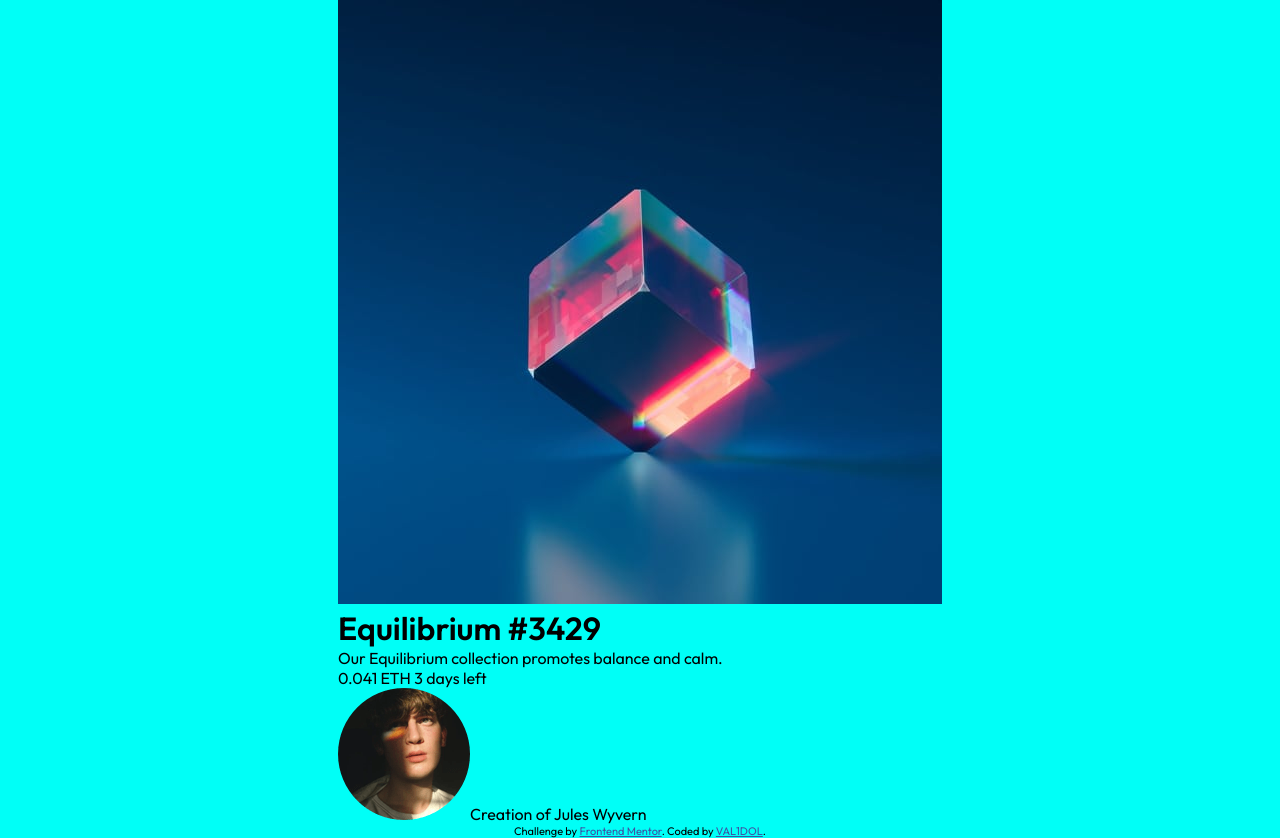
Repository: VAL1DOL-web/fm-NFT-preview-card-component
Page: index.html
These files come from the project's save history. The page is drawn as it stood at one moment and after the next save; the edit follows.
The browser window is 1280 px wide. The pictures show the whole page.

Above is the page before, as saved 2024-01-07 15:04:17.

### index.html
<!DOCTYPE html>
<html lang="en">
<head>
  <meta charset="UTF-8">
  <meta name="viewport" content="width=device-width, initial-scale=1.0"> <!-- displays site properly based on user's device -->

  <link rel="icon" type="image/png" sizes="32x32" href="./images/favicon-32x32.png">
  <link rel="stylesheet" href="style.css">

  <title>NFT preview card component</title>

  <!-- Feel free to remove these styles or customise in your own stylesheet 👍 -->
  <style>
    .attribution { font-size: 11px; text-align: center; }
    .attribution a { color: hsl(228, 45%, 44%); }
  </style>
</head>
<body>
  <div class="container">
    <div class="imgbox">
      <img src="images/image-equilibrium.jpg" alt="">
    </div>
    <div class="textbox">
      <h1>Equilibrium #3429</h1>
    <p>Our Equilibrium collection promotes balance and calm.</p>
    0.041 ETH
    3 days left
    </div>
    <p class="avatar">
      <img src="/images/image-avatar.png" alt="" />Creation of Jules Wyvern
    </p>
  </div>
  <div class="attribution">
    Challenge by <a href="https://www.frontendmentor.io?ref=challenge" target="_blank">Frontend Mentor</a>.
    Coded by <a href="https://github.com/VAL1DOL-web">VAL1DOL</a>.
  </div>
</body>
</html>

### style.css
@import url('https://fonts.googleapis.com/css2?family=Outfit:wght@300;400;600&display=swap');

* {
    font-family: 'Outfit', sans-serif;
    margin: 0;
    padding: 0;
    box-sizing: border-box;
  }

body {
    width: 100%;
    min-height: 100vh;
    display: flex;
    flex-direction: column;
    justify-content: center;
    align-items: center;
    background: hsl(178, 100%, 50%);
  }
  .container {

  }

After the next save:
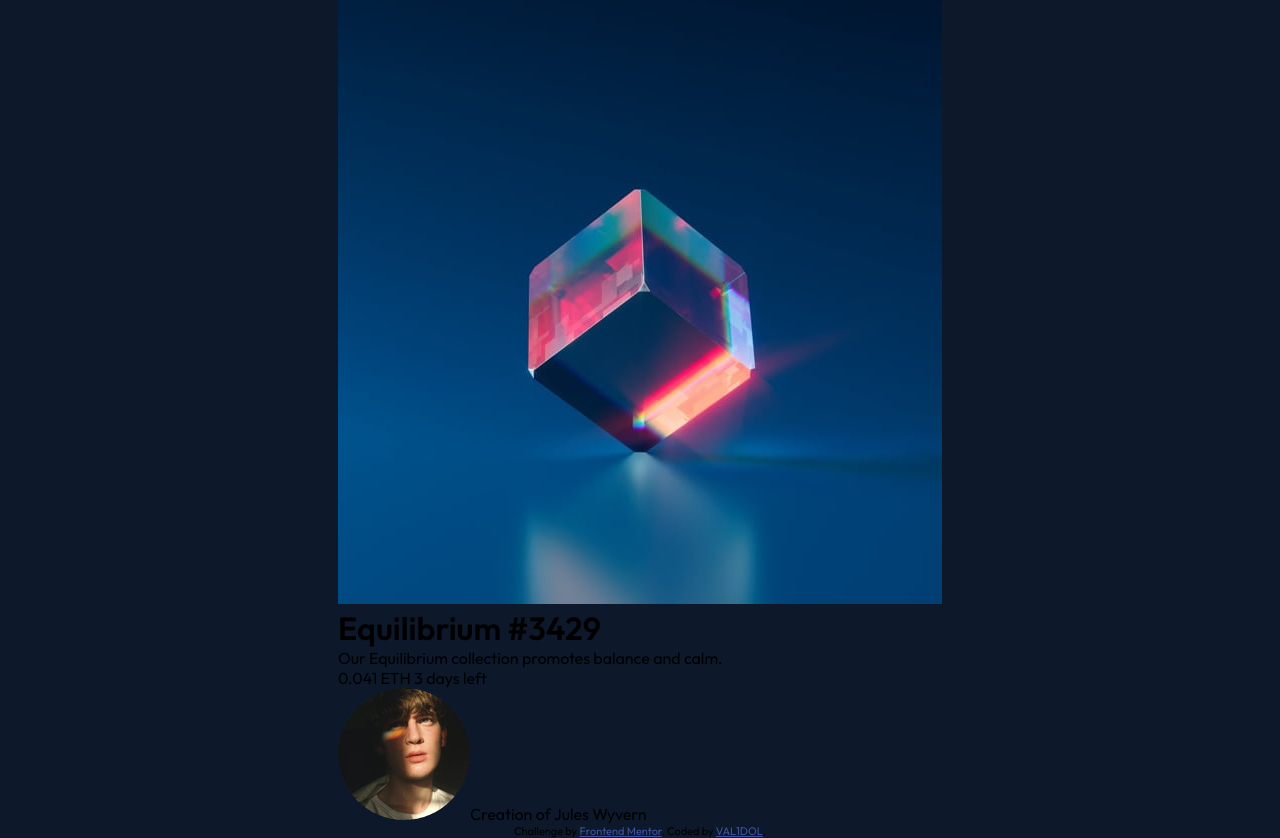
Saved 14 s later.
--- a/style.css
+++ b/style.css
@@ -14,7 +14,7 @@ body {
     flex-direction: column;
     justify-content: center;
     align-items: center;
-    background: hsl(178, 100%, 50%);
+    background: hsl(217, 54%, 11%);
   }
   .container {
 
